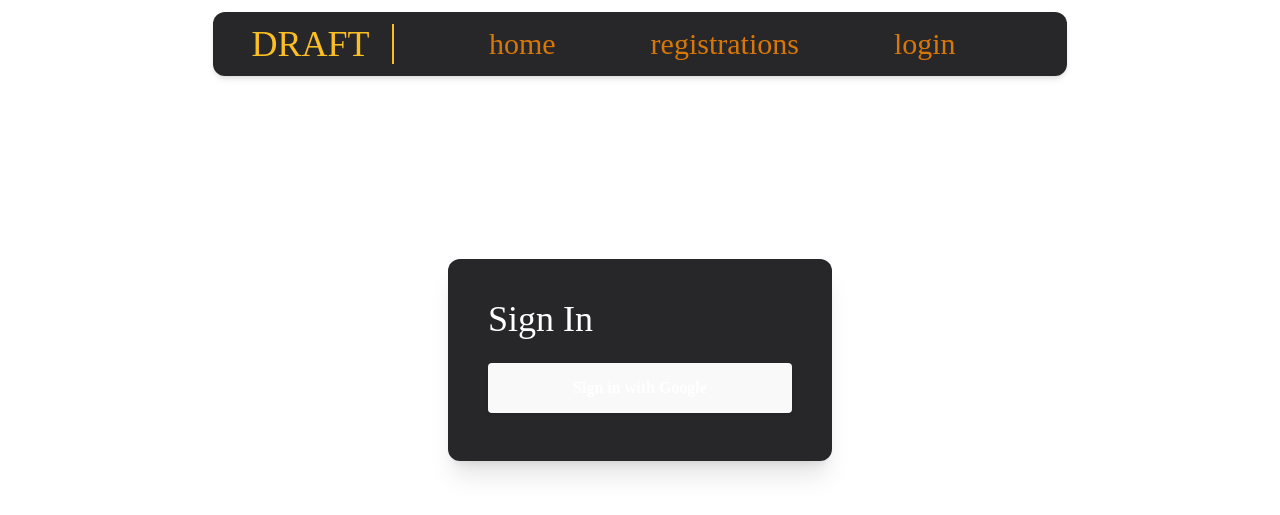
Repository: MehediMim/LeagueCrafter--Online-Auction-Platform-Project
Page: /login (app in my-app/)
An editor plug-in stored every save of this project. The page is shown before and after the next save, followed by the edit.
The browser window is 1280 px wide. The pictures show the whole page.
Some web fonts or font styles are not loaded; a fallback is used. The project was rebuilt for these pictures with package versions that can differ from the ones it lists, and the page was loaded fresh each time. Also part of the build but not shown: my-app/vite.config.js, my-app/src/pages/Home.jsx, my-app/src/pages/Dashboard.jsx.

Above is the page before, as saved 2025-05-24 23:58:07.

### my-app/src/index.css
@import url('https://fonts.googleapis.com/css2?family=Bebas+Neue&display=swap');
@import url('https://fonts.googleapis.com/css2?family=Raleway:wght@400;700&display=swap');
@import url('https://fonts.googleapis.com/css2?family=Jaro&display=swap');
@import url('https://fonts.googleapis.com/css2?family=WDXL+Lubrifont+TC&display=swap');


@tailwind base;
@tailwind components;
@tailwind utilities;



:root {
  font-family: system-ui, Avenir, Helvetica, Arial, sans-serif;
  line-height: 1.5;
  font-weight: 400;

  color-scheme: light dark;
  color: rgba(255, 255, 255, 0.87);
  background-color: #242424;

  font-synthesis: none;
  text-rendering: optimizeLegibility;
  -webkit-font-smoothing: antialiased;
  -moz-osx-font-smoothing: grayscale;
}

a {
  font-weight: 500;
  color: #646cff;
  text-decoration: inherit;
}
a:hover {
  color: #535bf2;
}

body {
  margin: 0;
  display: flex;
  place-items: center;
  min-width: 320px;
  min-height: 100vh;
}

h1 {
  font-size: 3.2em;
  line-height: 1.1;
}

button {
  border-radius: 8px;
  border: 1px solid transparent;
  padding: 0.6em 1.2em;
  font-size: 1em;
  font-weight: 500;
  font-family: inherit;
  background-color: #1a1a1a;
  cursor: pointer;
  transition: border-color 0.25s;
}
button:hover {
  border-color: #646cff;
}
button:focus,
button:focus-visible {
  outline: 4px auto -webkit-focus-ring-color;
}

@media (prefers-color-scheme: light) {
  :root {
    color: #213547;
    background-color: #ffffff;
  }
  a:hover {
    color: #747bff;
  }
  button {
    background-color: #f9f9f9;
  }
}

### my-app/src/App.jsx
import { BrowserRouter, Routes, Route } from "react-router-dom";
import Navbar from "./components/Navbar";
import Home from "./pages/Home";
import Dashboard from "./pages/Dashboard";
import Login from "./pages/Login";


export default function App() {
  return (
    <BrowserRouter>
      <Navbar />
      <Routes>
        <Route path="/" element={<Home />} />
        <Route path="/dashboard" element={<Dashboard />} />
        <Route path="/login" element={<Login />} />
        {/* <Route path="/auction" element={<AuctionRoom />} /> */}
        {/* <Route path="*" element={<NotFound />} /> */}
      </Routes>
    </BrowserRouter>
  );
}

### my-app/src/components/Navbar.jsx
import { Link } from "react-router-dom";

export default function Navbar(params) {
  return (
    <div className="h-16 w-screen absolute top-3 z-50 flex justify-center">
      <div className="bg-zinc-800 shadow-md p-4 rounded-xl w-2/3 flex items-center">
        {/* <div className="w-auto h-auto rounded-xl m-4 flex p-4"> */}
          <div className="w-1/4 border-r-2 border-amber-400 flex justify-center">
            <Link><h1 className="font-jaro text-4xl text-amber-400 hover:text-white">DRAFT</h1></Link>
          </div>
          <div className="w-full flex justify-evenly   items-center">
            <Link to="/" className="text-amber-600 hover:text-white"><h1 className="text-3xl font-jaro">home</h1></Link>
            <Link className="text-amber-600 hover:text-white"><h1 className="text-3xl font-jaro">registrations</h1></Link>
            <Link to="/login" className="text-amber-600 hover:text-white"><h1 className="text-3xl  font-jaro">login</h1></Link>
          </div>
        {/* </div> */}
      </div>
    </div>
  )
};

### my-app/src/pages/Login.jsx
import React, { useEffect } from 'react';
import { useAuth0 } from '@auth0/auth0-react';

export default function Login() {
  const { loginWithRedirect, getAccessTokenSilently, isAuthenticated } = useAuth0();

  useEffect(() => {
    const fetchData = async () => {
      try {
        const token = await getAccessTokenSilently();
        const res = await fetch('http://localhost:5000/api/private', {
          headers: {
            Authorization: `Bearer ${token}`,
          },
        });
        const data = await res.json();
        console.log('Backend response:', data);
      } catch (err) {
        console.error("Auth or fetch error:", err);
      }
    };

    if (isAuthenticated) {
      fetchData();
    }
  }, [isAuthenticated, getAccessTokenSilently]);

  return (
    <div className="flex justify-center items-center h-screen w-screen ">
      <div className="p-10 rounded-xl w-96 font-kanit text-center flex flex-col items-start bg-zinc-800 shadow-xl">
        <h1 className="text-4xl font-jaro text-white mb-6">Sign In</h1>

        <button
          onClick={() => loginWithRedirect()}
          className="flex items-center gap-4 justify-center text-white font-jaro px-6 py-3 rounded shadow hover:bg-white hover:text-black w-full font-semibold mb-2 "
        >
          Sign in with Google
        </button>
      </div>
    </div>
  );
}

### my-app/tailwind.config.js
/** @type {import('tailwindcss').Config} */
export default {
  content: [
    "./index.html",
    "./src/**/*.{js,ts,jsx,tsx}",
  ],
  theme: {
    extend: {
      fontFamily: {
        bebas: ['"Bebas Neue"', 'cursive'],
        raleway: ['Raleway', 'sans-serif'],
        jaro: ['Jaro', 'cursive'],
        lubrifont: ['Lubrifont', 'sans-serif'],
      },
    },
  },
  plugins: [],
}

Loaded but not shown: my-app/index.html (common file); my-app/src/main.jsx (common file)

After the next save:
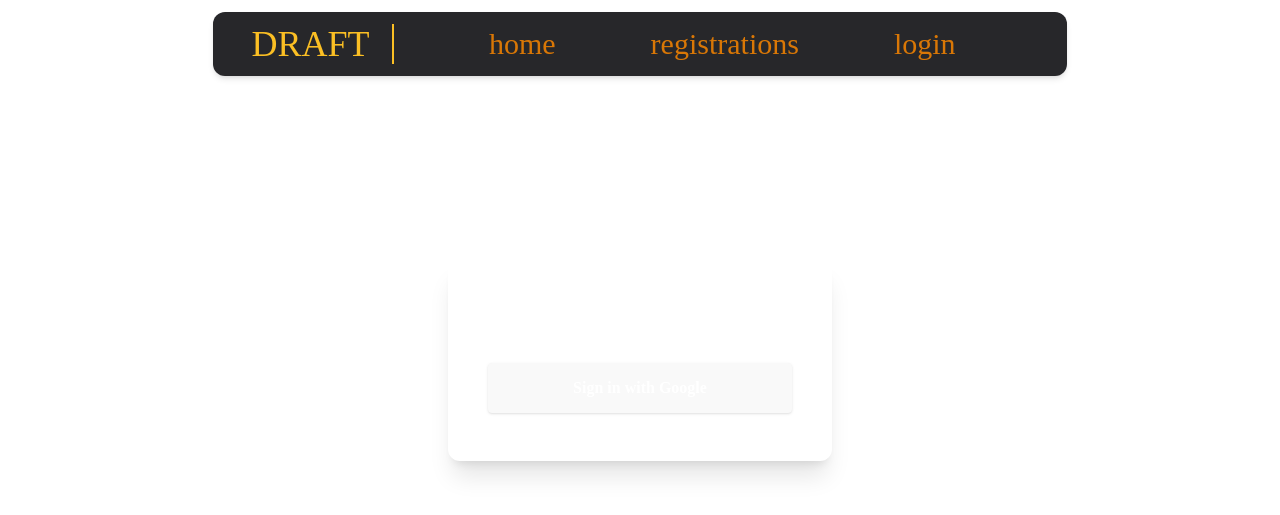
Saved 13 s later.
--- a/my-app/src/pages/Login.jsx
+++ b/my-app/src/pages/Login.jsx
@@ -27,7 +27,7 @@ export default function Login() {
 
   return (
     <div className="flex justify-center items-center h-screen w-screen ">
-      <div className="p-10 rounded-xl w-96 font-kanit text-center flex flex-col items-start bg-zinc-800 shadow-xl">
+      <div className="p-10 rounded-xl w-96 font-kanit text-center flex flex-col items-start  shadow-xl">
         <h1 className="text-4xl font-jaro text-white mb-6">Sign In</h1>
 
         <button
